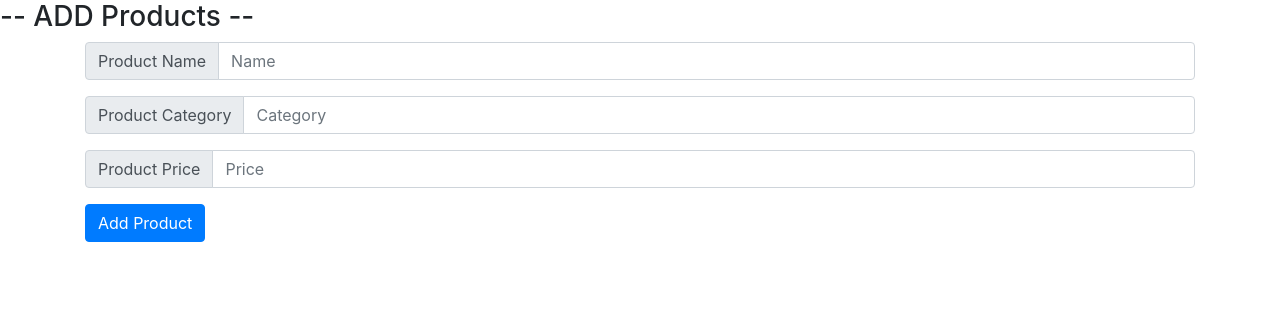
Repository: anikshaShetty/spring-boot
Page: Desktop/test1/springbootemp/src/main/resources/static/view.html
These files come from the project's save history. The page is drawn as it stood at one moment and after the next save; the edit follows.
The browser window is 1280 px wide. The pictures show the whole page.

Above is the page before, as saved 2020-02-15 09:12:01.

After the next save:
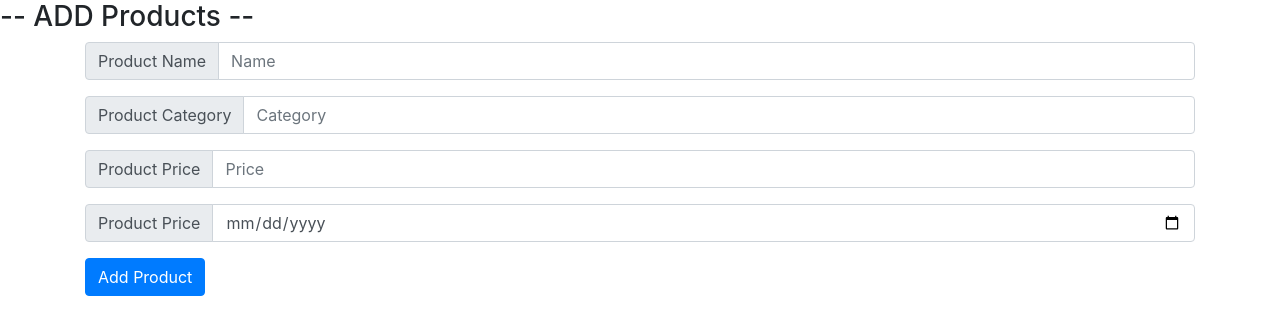
Saved 83 s later.
--- a/Desktop/test1/springbootemp/src/main/resources/static/view.html
+++ b/Desktop/test1/springbootemp/src/main/resources/static/view.html
@@ -35,6 +35,14 @@
                 aria-describedby="basic-addon1">
         </div>
 
+        <div class="input-group mb-3">
+            <div class="input-group-prepend">
+                <span class="input-group-text" id="basic-addon1">Product Price</span>
+            </div>
+            <input id="daate" type="date" class="form-control" placeholder="Date" aria-label="Username"
+                aria-describedby="basic-addon1">
+        </div>
+
 
         <div class="input-group mb-3">
 
@@ -48,7 +56,7 @@
     <script>
 	$("#productadd").click(()=>{
 		console.log($('#name').val())
-		var employee = {name:$('#name').val(),category: $('#category').val(), price:$('#price').val() }
+		var employee = {name:$('#name').val(),category: $('#category').val(), price:$('#price').val(),date:$('#daate') }
 		console.log(product);
 
 		/* $.post("api/courses",
